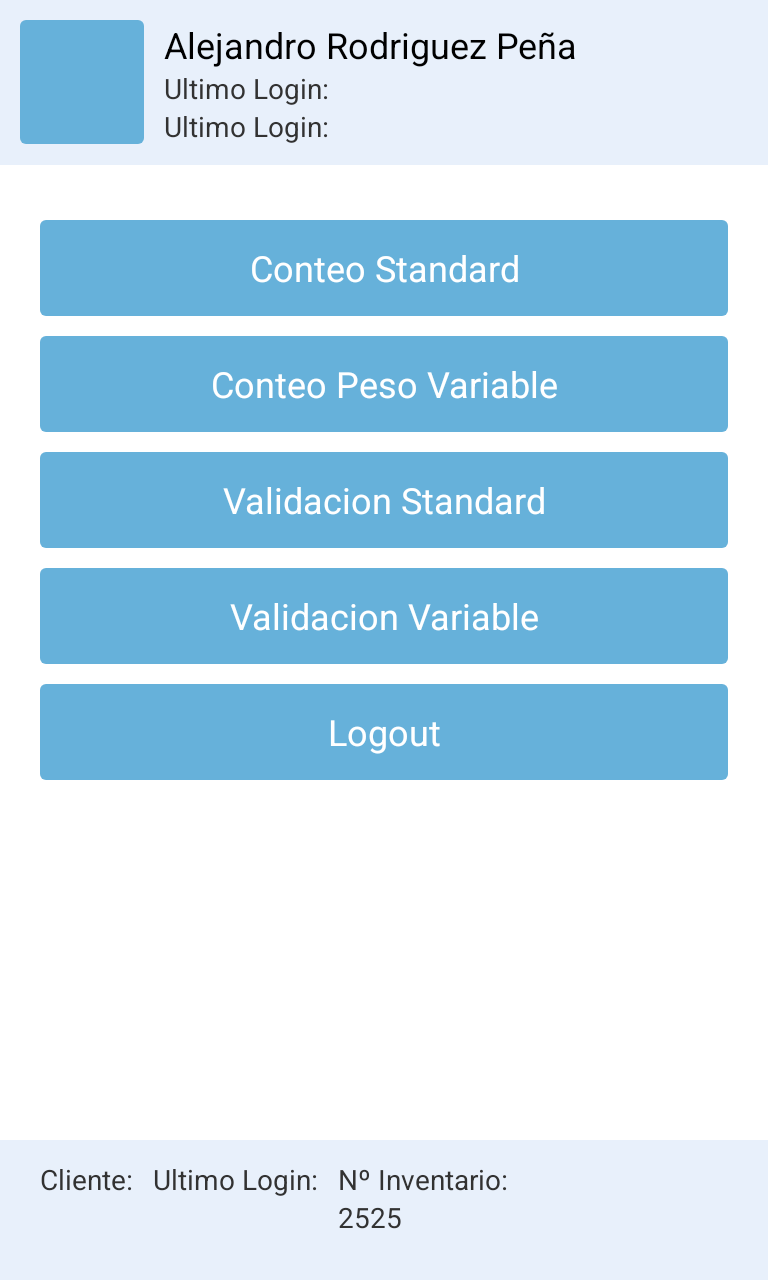
Repository: arodriguezp2003/aqandroid
Layout: BlueFlameWMS/res/layout/lmenu.xml
An editor plug-in stored every save of this project. The layout is shown before and after the next save, followed by the edit.
It is drawn on a 768 x 1280 px phone screen (xhdpi) without system bars, with theme AppTheme; the app's code is not run.

Above is the layout before, as saved 2014-06-24 19:53:33.

### BlueFlameWMS/res/layout/lmenu.xml
<?xml version="1.0" encoding="utf-8"?>
<ScrollView
  xmlns:android="http://schemas.android.com/apk/res/android"
  android:layout_width="fill_parent"
  android:layout_height="fill_parent"
  android:fillViewport="true">
<RelativeLayout
        android:layout_width="fill_parent"
        android:layout_height="wrap_content" android:background="#ffffff">

     <LinearLayout
        android:layout_width="match_parent"
        android:layout_height="wrap_content"
        android:background="@drawable/fondo"
        android:paddingBottom="10dp" >

        <ImageView
            android:id="@+id/xImage"
            android:layout_width="72dp"
            android:layout_height="72dp"
            android:paddingLeft="10dp"
            android:paddingTop="10dp"
            android:src="@drawable/btn" />

        <LinearLayout
            android:layout_width="wrap_content"
            android:layout_height="wrap_content"
            android:orientation="vertical" >

            <TextView
                android:id="@+id/xUsername"
                android:layout_width="wrap_content"
                android:layout_height="wrap_content"
                android:paddingLeft="10dp"
                android:paddingTop="10dp"
                android:text="Alejandro Rodriguez Peña"
                android:textAppearance="?android:attr/textAppearanceMedium" />

            <TextView
                android:id="@+id/xUsername"
                android:layout_width="wrap_content"
                android:layout_height="wrap_content"
                android:paddingLeft="10dp"
                android:paddingTop="0dp"
                android:text="Ultimo Login:"
                android:textAppearance="?android:attr/textAppearanceSmall" />

            <TextView
                android:id="@+id/xLastLog"
                android:layout_width="wrap_content"
                android:layout_height="wrap_content"
                android:paddingLeft="10dp"
                android:paddingTop="0dp"
                android:text="Ultimo Login:"
                android:textAppearance="?android:attr/textAppearanceSmall" />
        </LinearLayout>
    </LinearLayout>

  <LinearLayout
      android:id="@+id/footer"
      android:layout_width="fill_parent"
      android:layout_height="70dip"
      android:layout_alignParentBottom="true"
      android:padding="10dp"
      android:background="@drawable/fondo" >
     <TextView
                android:id="@+id/xcodCliente1"
                android:layout_width="wrap_content"
                android:layout_height="wrap_content"
                android:paddingLeft="10dp"
                android:paddingTop="0dp"
                android:text="Cliente:"
                android:textAppearance="?android:attr/textAppearanceSmall" />
      <TextView
                android:id="@+id/xcodCliente"
                android:layout_width="wrap_content"
                android:layout_height="wrap_content"
                android:paddingLeft="10dp"
                android:paddingTop="0dp"
                android:text="Ultimo Login:"
                android:textAppearance="?android:attr/textAppearanceSmall" />
 <LinearLayout
     android:layout_width="wrap_content"
     android:layout_height="wrap_content"
     android:orientation="vertical"
     >
     <TextView
                android:id="@+id/xcodCliente1"
                android:layout_width="wrap_content"
                android:layout_height="wrap_content"
                android:paddingLeft="10dp"
                android:paddingTop="0dp"
                android:text="Nº Inventario:"
                android:textAppearance="?android:attr/textAppearanceSmall" />
      <TextView
                android:id="@+id/xcodCliente"
                android:layout_width="wrap_content"
                android:layout_height="wrap_content"
                android:paddingLeft="10dp"
                android:paddingTop="0dp"
                android:text="2525"
                android:textAppearance="?android:attr/textAppearanceSmall" />
 </LinearLayout>
        </LinearLayout>

  <LinearLayout
         android:id="@+id/CUERPO"
          android:orientation="vertical"
          android:layout_width="match_parent"
          android:layout_height="wrap_content"
          android:padding="20dip"
          android:layout_marginTop="80dp"
         >

	  <Button
	    android:id="@+id/btn_CS"
	    android:layout_width="match_parent"
	    android:layout_height="wrap_content"
	    android:layout_marginTop="10dp"
	    android:background="@drawable/btn"
	    android:text="@string/btn_TareaConteoEstandar"
	    android:textColor="@drawable/text_btn" />

	    <Button
	    android:id="@+id/btn_CV"
	    android:layout_width="match_parent"
	    android:layout_height="wrap_content"
	    android:layout_marginTop="10dp"
	    android:background="@drawable/btn"
	    android:text="@string/btn_tare_conteo_peso"
	    android:textColor="@drawable/text_btn" />

	    <Button
	    android:id="@+id/btn_CSV"
	    android:layout_width="match_parent"
	    android:layout_height="wrap_content"
	    android:layout_marginTop="10dp"
	    android:background="@drawable/btn"
	    android:text="@string/btn_TareaConteoEstandarVAL"
	    android:textColor="@drawable/text_btn" />

	    <Button
	    android:id="@+id/btn_CVV"
	    android:layout_width="match_parent"
	    android:layout_height="wrap_content"
	    android:layout_marginTop="10dp"
	    android:background="@drawable/btn"
	    android:text="@string/btn_tare_conteo_pesoVAL"
	    android:textColor="@drawable/text_btn" />

	     <Button
	    android:id="@+id/Logout"
	    android:layout_width="match_parent"
	    android:layout_height="wrap_content"
	    android:layout_marginTop="10dp"
	    android:background="@drawable/btn"
	    android:text="Logout"
	    android:textColor="@drawable/text_btn" />
    </LinearLayout>
  </RelativeLayout>

</ScrollView>

### BlueFlameWMS/res/drawable-mdpi/fondo.xml
<?xml version="1.0" encoding="utf-8"?>
<selector xmlns:android="http://schemas.android.com/apk/res/android" >
    <item>
        <shape >
            <solid android:color="#e8f0fb" />
        </shape>
    </item>

</selector>

### BlueFlameWMS/res/drawable-mdpi/btn.xml
<?xml version="1.0" encoding="utf-8"?>
<selector xmlns:android="http://schemas.android.com/apk/res/android">
    <item android:state_pressed="true" >
        <shape>
            <solid
                android:color="#124686" />

            <corners
                android:radius="3dp" />
            <padding
                android:left="10dp"
                android:top="10dp"
                android:right="10dp"
                android:bottom="10dp" />
        </shape>
    </item>
    <item >
        <shape >
            <solid
                android:color="#66b1da" />

            <corners
                android:radius="3dp" />
            <padding
                android:left="10dp"
                android:top="10dp"
                android:right="10dp"
                android:bottom="10dp" />
        </shape>
    </item>
</selector>

### BlueFlameWMS/res/values/strings.xml
<?xml version="1.0" encoding="utf-8"?>
<resources>

    <string name="app_name">BlueFlameWMS</string>
    <string name="hello_world">Hello world!</string>
    <string name="action_settings">Settings</string>
	<string name="auth">Login</string>
    <string name="user">Usuario</string>
    <string name="password">Password</string>

     <string name="btn_TareaConteoEstandar">Conteo Standard</string>
    <string name="btn_TareaConteoEstandarVAL">Validacion Standard</string>
    <string name="btn_tare_conteo_peso">Conteo Peso Variable</string>
    <string name="btn_tare_conteo_pesoVAL">Validacion Variable</string>
     <string name="btn_AceptarCliente">Aceptar</string>
</resources>

### BlueFlameWMS/res/drawable-mdpi/text_btn.xml
<?xml version="1.0" encoding="utf-8"?>
<selector
    xmlns:android="http://schemas.android.com/apk/res/android"
>
    <!-- Any Enabled button, gets White Text -->
    <item
        android:color="#FFF"
        android:state_enabled="true" />

    <!-- Buttons with any other state, get DarkGray Text -->
    <item
        android:color="#FFF"/>
</selector>

Loaded but not shown: BlueFlameWMS/res/values/styles.xml (common file); BlueFlameWMS/res/values-v11/styles.xml (common file); BlueFlameWMS/res/values-v14/styles.xml (common file)

After the next save:
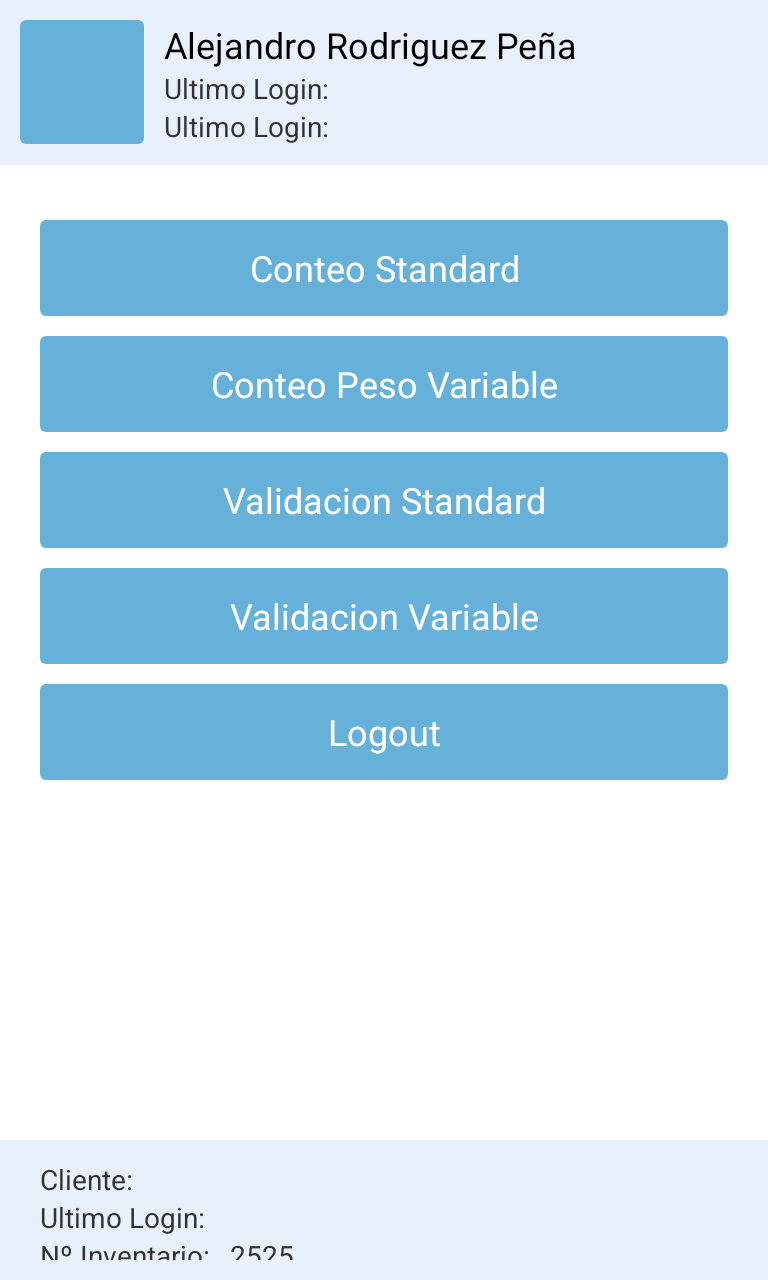
Saved 47 s later.
--- a/BlueFlameWMS/res/layout/lmenu.xml
+++ b/BlueFlameWMS/res/layout/lmenu.xml
@@ -62,7 +62,9 @@
       android:layout_height="70dip"
       android:layout_alignParentBottom="true"
       android:padding="10dp"
-      android:background="@drawable/fondo" >
+      android:background="@drawable/fondo"
+      android:orientation="vertical"
+       >
      <TextView
                 android:id="@+id/xcodCliente1"
                 android:layout_width="wrap_content"
@@ -82,7 +84,7 @@
  <LinearLayout
      android:layout_width="wrap_content"
      android:layout_height="wrap_content"
-     android:orientation="vertical"
+     android:orientation="horizontal"
      >
      <TextView
                 android:id="@+id/xcodCliente1"
